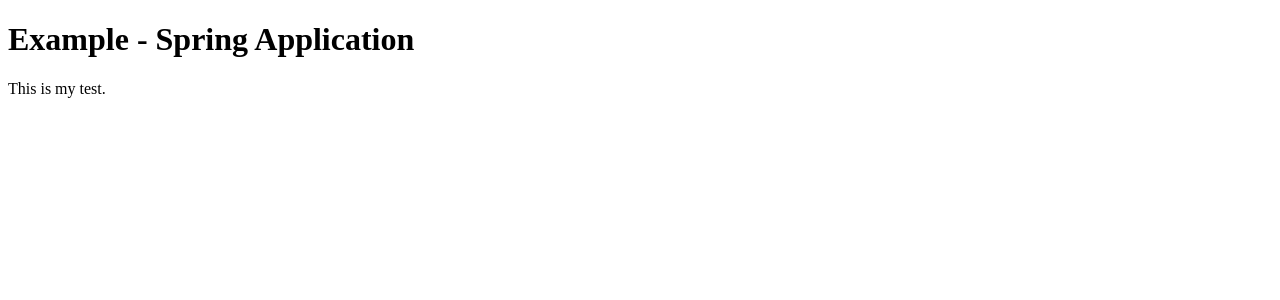
Repository: CharlyEtu/web-directory
Page: http://localhost/Copy_of_web-directory/
The author's editor kept a copy of each file at every save. The page is drawn from the files as they stood at one save, then again after the next save.
The browser window is 1280 px wide. The pictures show the whole page.
The page is served by Tomcat 9. Other server files are loaded and not shown.

Above is the page before, as saved 2015-12-05 17:12:38.

### Projet/workspace/Copy of web-directory/WebContent/index.jsp
<%@ page language="java" contentType="text/html; charset=UTF-8"
    pageEncoding="UTF-8"%>
<!DOCTYPE html PUBLIC "-//W3C//DTD XHTML 1.0 Strict//EN"
	"http://www.w3.org/TR/xhtml1/DTD/xhtml1-strict.dtd">

<html>
  <head><title>Example :: Spring Application</title></head>
  <body>
    <h1>Example - Spring Application</h1>
    <p>This is my test.</p>
  </body>
</html>

After the next save:
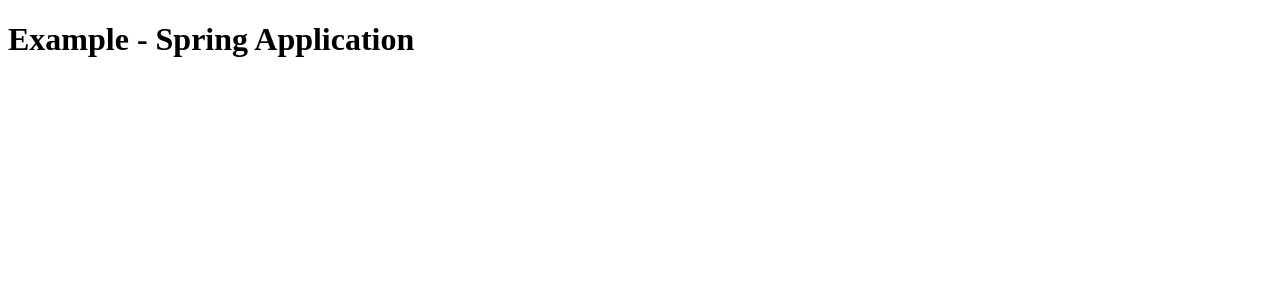
Saved 3 min 50 s later.
--- a/Projet/workspace/Copy of web-directory/WebContent/index.jsp
+++ b/Projet/workspace/Copy of web-directory/WebContent/index.jsp
@@ -7,6 +7,5 @@
   <head><title>Example :: Spring Application</title></head>
   <body>
     <h1>Example - Spring Application</h1>
-    <p>This is my test.</p>
   </body>
 </html>

After the save that followed:
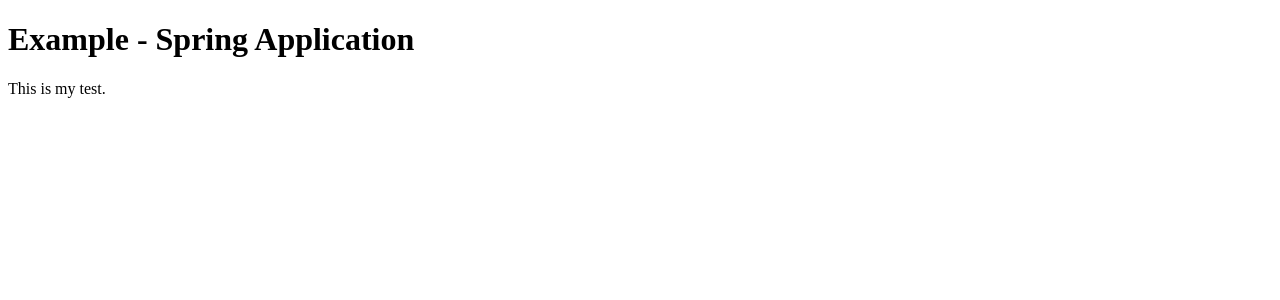
Saved 13 s later.
--- a/Projet/workspace/Copy of web-directory/WebContent/index.jsp
+++ b/Projet/workspace/Copy of web-directory/WebContent/index.jsp
@@ -7,5 +7,6 @@
   <head><title>Example :: Spring Application</title></head>
   <body>
     <h1>Example - Spring Application</h1>
+    <p>This is my test.</p>
   </body>
 </html>
